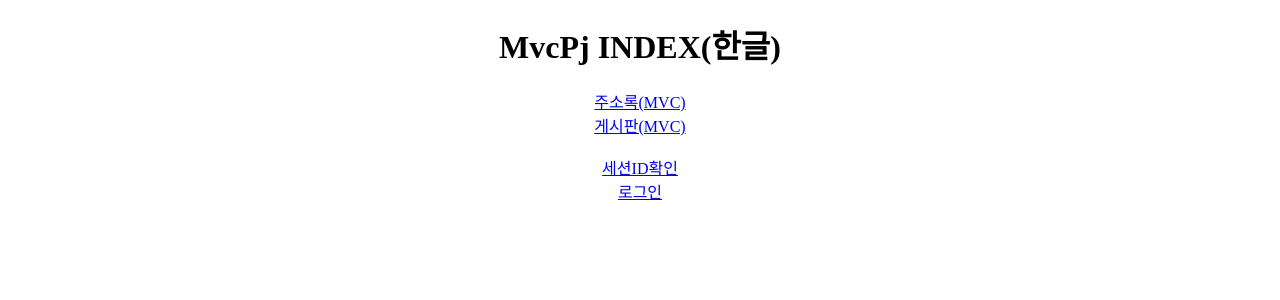
Repository: betweenhj702/Web-App-Server-Practices
Page: http://localhost/MvcPj/
These files come from the project's save history. The page is drawn as it stood at one moment and after a run of saves; the edit follows.
The browser window is 1280 px wide. The pictures show the whole page.
The page is served by Tomcat 9.

Above is the page before, as saved 2021-01-05 15:24:27.

After the next 2 saves:
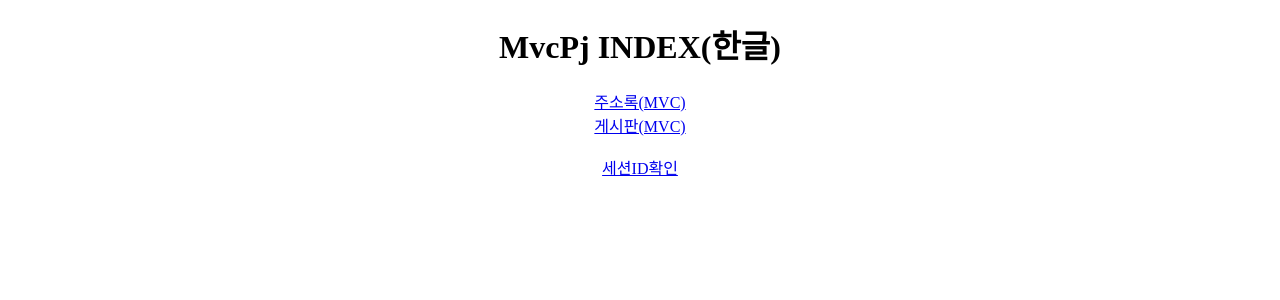
The 2 saves are shown as one change because 1 did not build or start.
The last was saved 110 s later.
--- a/workspace/MvcPj/WebContent/index.jsp
+++ b/workspace/MvcPj/WebContent/index.jsp
@@ -14,7 +14,7 @@
 		 	<a href="sm/sm.do?cp=1&ps=3">게시판(MVC)</a><br/><br/>
 
 		 	<a href="scope/session_test.jsp">세션ID확인</a><br/>
-		 	<a href="/login/login.do?m=form">로그인</a><br/>
+		 	<c:if test="${member.flag}"><a href="/login/login.do?m=form">로그인</a><br/></c:if>
 		</p>
 		</div>
 </body>

After the save that followed:
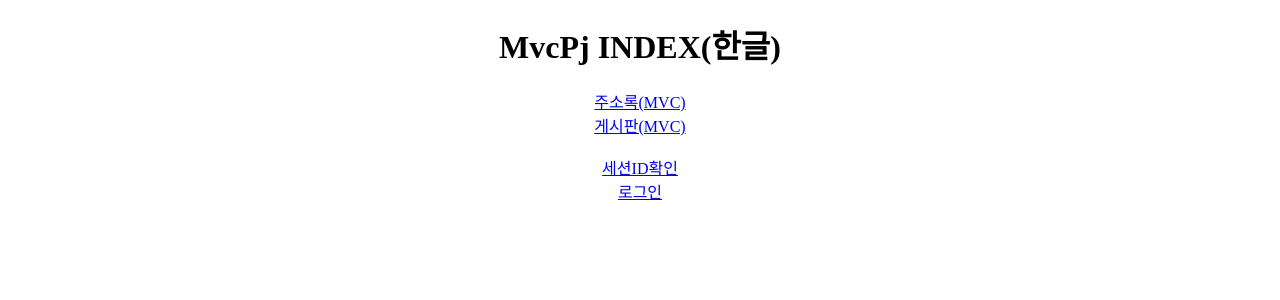
Saved 7 s later.
--- a/workspace/MvcPj/WebContent/index.jsp
+++ b/workspace/MvcPj/WebContent/index.jsp
@@ -14,7 +14,7 @@
 		 	<a href="sm/sm.do?cp=1&ps=3">게시판(MVC)</a><br/><br/>
 
 		 	<a href="scope/session_test.jsp">세션ID확인</a><br/>
-		 	<c:if test="${member.flag}"><a href="/login/login.do?m=form">로그인</a><br/></c:if>
+		 	<c:if test="${!member.flag}"><a href="/login/login.do?m=form">로그인</a><br/></c:if>
 		</p>
 		</div>
 </body>
